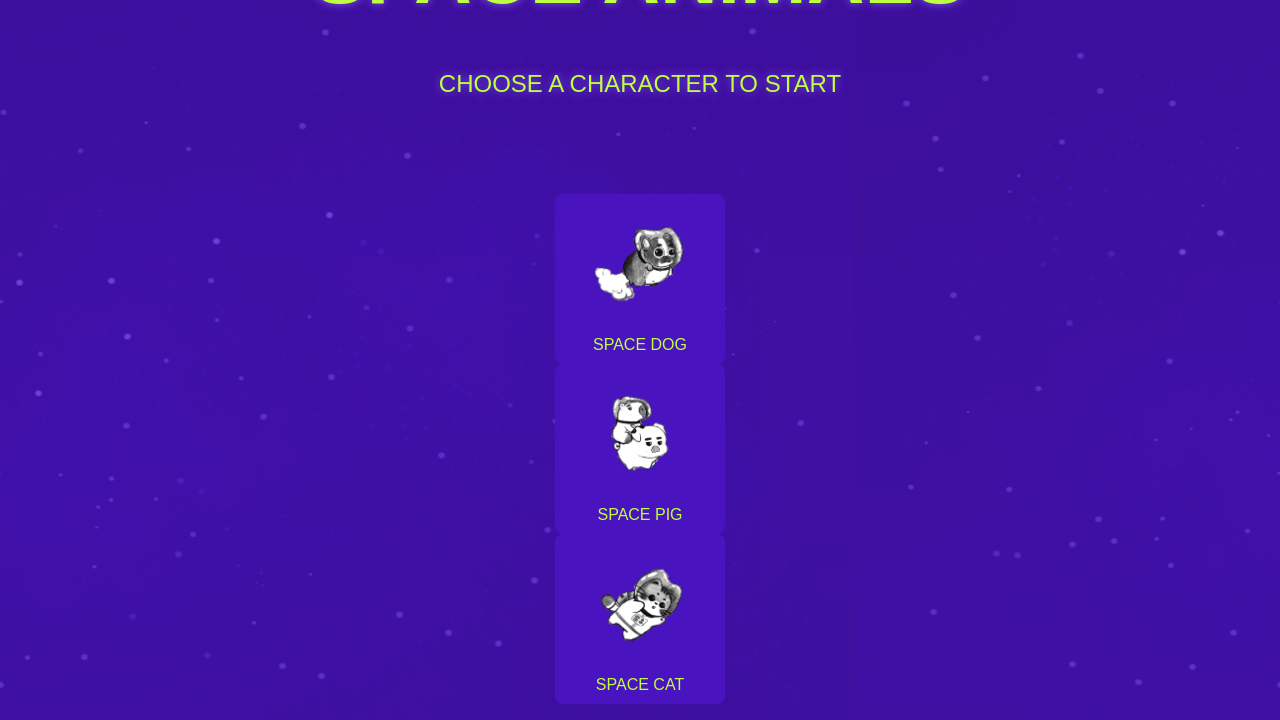
Repository: brunaguarizo/SpaceFarm
Page: index.html
These files come from the project's save history. The page is drawn as it stood at one moment and after the next save; the edit follows.
The browser window is 1280 px wide. The pictures show the whole page.
Some web fonts or font styles are not loaded; a fallback is used.

Above is the page before, as saved 2025-04-27 16:25:09.

After the next save:
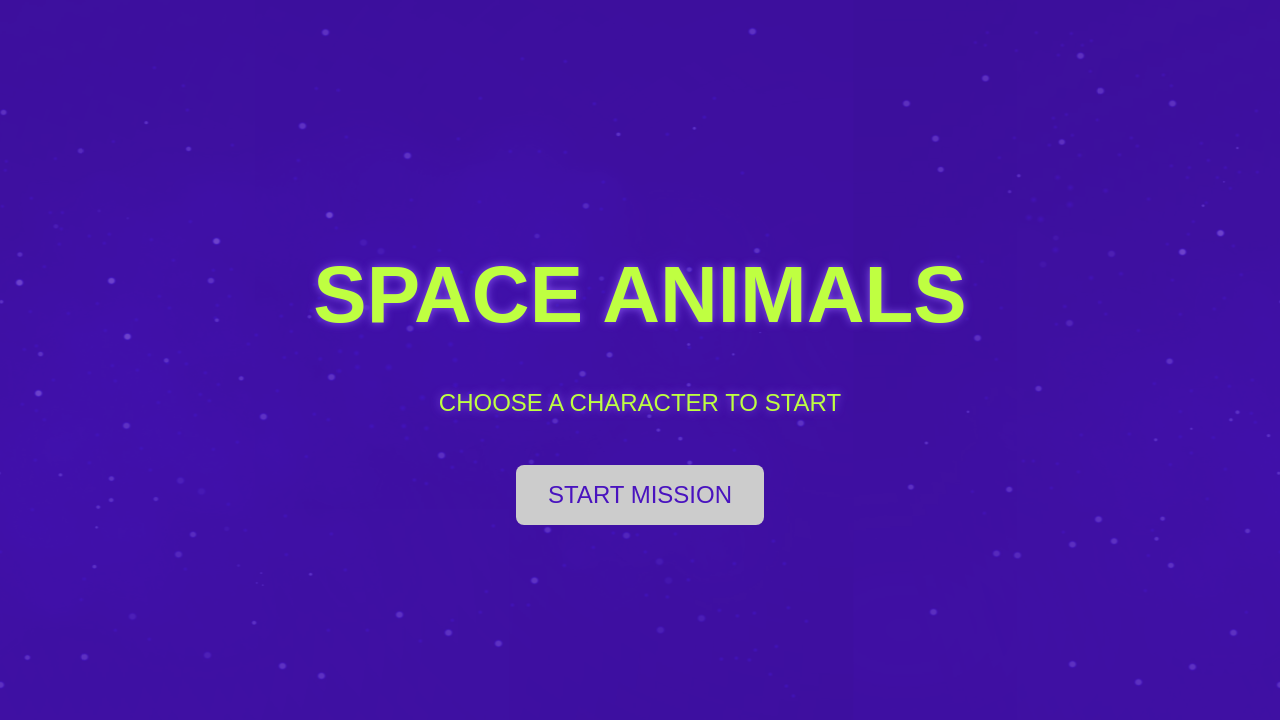
Saved 12 s later.
--- a/script.js
+++ b/script.js
@@ -79,7 +79,7 @@ function init() {
         confirmBtn.style.display = "block";
     });
     // Initially show instructions and hide character selection
-    document.querySelector(".character-options").style.display = "block";
+    document.querySelector(".character-options").style.display = "none";
     confirmBtn.style.display = "block";
     instructionsContainer.style.display = "none";
 
